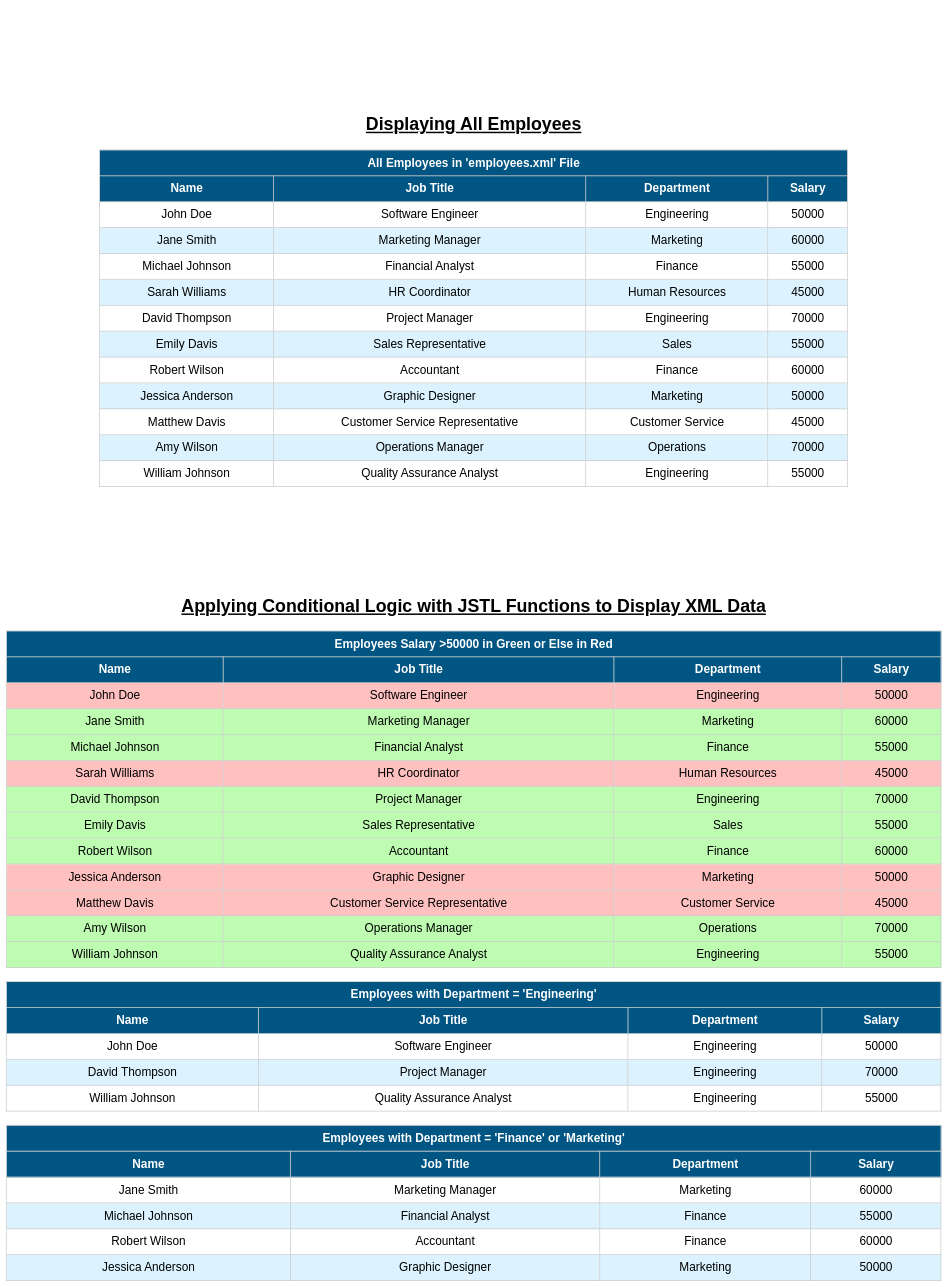
Repository: bkyncl/csd-430
Page: http://localhost/kyncl_mod9/
These files come from the project's save history. The page is drawn as it stood at one moment and after the next save; the edit follows.
The browser window is 1280 px wide. The pictures show the whole page, at 74% of full size.
The page is served by Tomcat 9.

Above is the page before, as saved 2023-07-05 06:54:28.

### kyncl_mod9/src/main/webapp/index.jsp
<%--
index.jsp
Module 9 assignment
Name: Brittany Kyncl
Date: 7.5.22
Course: CSD430
File to example the usage the usage of JSTL and XPath to parse XML data,
iterate over XML elements, apply conditional logic, and display the data in with customized styling.
Context purpose is to parse the XML file 'employees.xml' containing
employees data, and display it in tabular format. The file incorporates JSTL tags and functions
to manipulate the XML data and apply conditional logic for displaying the data based on various criteria.

--%>
<%@ page language="java" contentType="text/html; charset=ISO-8859-1" pageEncoding="ISO-8859-1"%>
<%@taglib uri="http://java.sun.com/jsp/jstl/core" prefix="c"%>
<%@taglib uri="http://java.sun.com/jsp/jstl/xml" prefix="x"%>
<html>
<head>
	<title>Parsing employees.xml</title>
	<link rel="stylesheet" type="text/css" href="styles.css">
</head>
<body>
	<c:import url="employees.xml" var="employeeData"/>
	<x:parse doc="${employeeData}" var="dom"/>
<div class="container">
	<div class="left">
		<h2>Displaying All Employees</h2>
		<table border="1">
			<tr>
				<th colspan="4">All Employees in 'employees.xml' File</th>
			</tr>
			<tr>
				 <th>Name</th>
				 <th>Job Title</th>
				 <th>Department</th>
				 <th>Salary</th>
			</tr>
			<x:forEach var="employee" select="$dom/employees/employee">
			<%-- Displaying the details of each employee --%>
			<tr>
			  	<td><x:out select="$employee/name"/></td>
				<td><x:out select="$employee/jobTitle"/></td>
				<td><x:out select="$employee/department"/></td>
				<td><x:out select="$employee/salary"/></td>

			</x:forEach>
		</table>
	</div>
	<div class="right">
		<h2>Applying Conditional Logic with JSTL Functions to Display XML Data</h2>
		<table border="1">
		    <tr>
		        <th colspan="4">Employees Salary >50000 in Green or Else in Red</th>
		    </tr>
		    <tr>
		        <th>Name</th>
		        <th>Job Title</th>
		        <th>Department</th>
		        <th>Salary</th>
		    </tr>
		    <x:forEach var="employee" select="$dom/employees/employee">
		        <x:choose>
		        	<%-- Applying styling to employees with salary > 50000 --%>
		            <x:when select="$employee/salary>50000">
		                <tr style="background-color: #BDFCB1;">
		                    <td><x:out select="$employee/name"/></td>
		                    <td><x:out select="$employee/jobTitle"/></td>
		                    <td><x:out select="$employee/department"/></td>
		                    <td><x:out select="$employee/salary"/></td>
		                </tr>
		            </x:when>
		            <%-- Applying styling to employees with salary <= 50000 --%>
		            <x:when select="$employee/salary<=50000">
		                <tr style="background-color: #FFC0C0;">
		                    <td><x:out select="$employee/name"/></td>
		                    <td><x:out select="$employee/jobTitle"/></td>
		                    <td><x:out select="$employee/department"/></td>
		                    <td><x:out select="$employee/salary"/></td>
		                </tr>
		            </x:when>
		            <%-- Displaying employees without any styling for otherwise clause (just in case conditions not met) --%>
		            <x:otherwise>
		                <tr>
		                    <td><x:out select="$employee/name"/></td>
		                    <td><x:out select="$employee/jobTitle"/></td>
		                    <td><x:out select="$employee/department"/></td>
		                    <td><x:out select="$employee/salary"/></td>
		                </tr>
		            </x:otherwise>
		        </x:choose>
		    </x:forEach>
		</table>
	    <br>
	    <table border="1">
		    <tr>
		        <th colspan="4">Employees with Department = 'Engineering'</th>
		    </tr>
		    <tr>
		        <th>Name</th>
		        <th>Job Title</th>
		        <th>Department</th>
		        <th>Salary</th>
		    </tr>
		    <x:forEach var="employee" select="$dom/employees/employee">
		        <x:choose>
		        	<%-- Filtering and displaying employees with the department value 'Engineering' --%>
		            <x:when select="$employee/department='Engineering'">
		                <tr>
		                    <td><x:out select="$employee/name"/></td>
		                    <td><x:out select="$employee/jobTitle"/></td>
		                    <td><x:out select="$employee/department"/></td>
		                    <td><x:out select="$employee/salary"/></td>
		                </tr>
		            </x:when>
		        </x:choose>
		    </x:forEach>
		</table>
		<br>
		<table border="1">
		    <tr>
		        <th colspan="4">Employees with Department = 'Finance' or 'Marketing'</th>
		    </tr>
		    <tr>
		        <th>Name</th>
		        <th>Job Title</th>
		        <th>Department</th>
		        <th>Salary</th>
		    </tr>
		    <x:forEach var="employee" select="$dom/employees/employee">
		        <x:choose>
		        	<%-- Filtering and displaying employees with the department values 'Finance' or 'Marketing' --%>
		            <x:when select="$employee/department='Finance' or $employee/department='Marketing'">
		                <tr>
		                    <td><x:out select="$employee/name"/></td>
		                    <td><x:out select="$employee/jobTitle"/></td>
		                    <td><x:out select="$employee/department"/></td>
		                    <td><x:out select="$employee/salary"/></td>
		                </tr>
		            </x:when>
		        </x:choose>
		    </x:forEach>
		</table>
	</div>
</div>

</body>
</html>

### kyncl_mod9/src/main/webapp/employees.xml
<?xml version="1.0" encoding="UTF-8"?>
<employees>
  <employee>
    <name>John Doe</name>
    <jobTitle>Software Engineer</jobTitle>
    <department>Engineering</department>
    <salary>50000</salary>
  </employee>
  <employee>
    <name>Jane Smith</name>
    <jobTitle>Marketing Manager</jobTitle>
    <department>Marketing</department>
    <salary>60000</salary>
  </employee>
  <employee>
    <name>Michael Johnson</name>
    <jobTitle>Financial Analyst</jobTitle>
    <department>Finance</department>
    <salary>55000</salary>
  </employee>
  <employee>
    <name>Sarah Williams</name>
    <jobTitle>HR Coordinator</jobTitle>
    <department>Human Resources</department>
    <salary>45000</salary>
  </employee>
  <employee>
    <name>David Thompson</name>
    <jobTitle>Project Manager</jobTitle>
    <department>Engineering</department>
    <salary>70000</salary>
  </employee>
  <employee>
    <name>Emily Davis</name>
    <jobTitle>Sales Representative</jobTitle>
    <department>Sales</department>
    <salary>55000</salary>
  </employee>
  <employee>
    <name>Robert Wilson</name>
    <jobTitle>Accountant</jobTitle>
    <department>Finance</department>
    <salary>60000</salary>
  </employee>
  <employee>
    <name>Jessica Anderson</name>
    <jobTitle>Graphic Designer</jobTitle>
    <department>Marketing</department>
    <salary>50000</salary>
  </employee>
  <employee>
    <name>Matthew Davis</name>
    <jobTitle>Customer Service Representative</jobTitle>
    <department>Customer Service</department>
    <salary>45000</salary>
  </employee>
  <employee>
    <name>Amy Wilson</name>
    <jobTitle>Operations Manager</jobTitle>
    <department>Operations</department>
    <salary>70000</salary>
  </employee>
  <employee>
    <name>William Johnson</name>
    <jobTitle>Quality Assurance Analyst</jobTitle>
    <department>Engineering</department>
    <salary>55000</salary>
  </employee>
</employees>

### kyncl_mod9/src/main/webapp/styles.css
/* Table styles */
body {
  font-family: Arial, sans-serif;
}
.container {
	display: flex;
	flex-wrap: wrap;

}
.left {
  flex: 1 1 50%;
  padding: 10%;
}

.right {
  flex: 1 1 50%;
}
h2 {
	text-decoration: underline;
	text-align: center;
}
table {
  width: 100%;
  border-collapse: collapse;
}
table tr:nth-child(even) {
  background-color: #dcf3ff; /* Replace with your desired color */
}

table th, table td {
  padding: 8px;
  text-align: center;
  border: 1px solid #ccc;
}

table th {
  background-color: #005582;
  color: #fff;
}

After the next save:
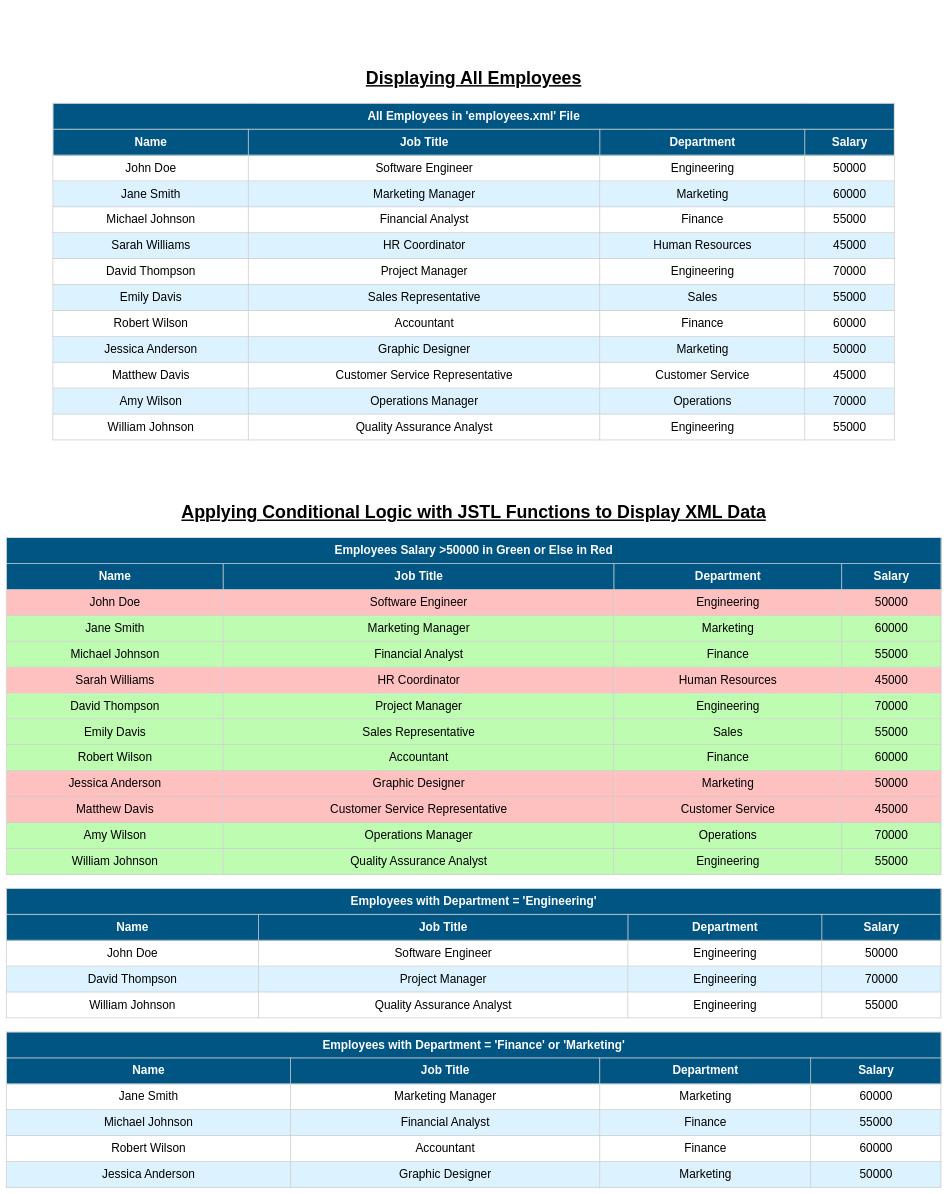
Saved 9 s later.
--- a/kyncl_mod9/src/main/webapp/styles.css
+++ b/kyncl_mod9/src/main/webapp/styles.css
@@ -9,7 +9,7 @@ body {
 }
 .left {
   flex: 1 1 50%;
-  padding: 10%;
+  padding: 5%;
 }
 
 .right {
